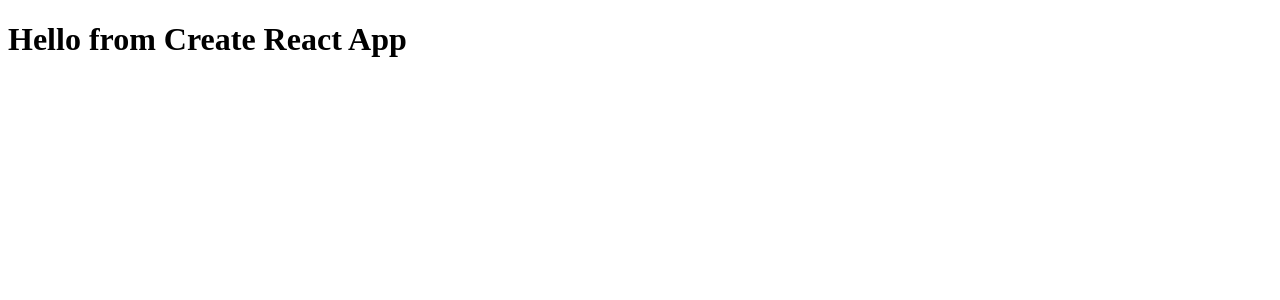
Repository: kennedyowusu/react-todo-app
Page: /
These files come from the project's save history. The page is drawn as it stood at one moment and after the next save; the edit follows.
The browser window is 1280 px wide. The pictures show the whole page.
The project was rebuilt for these pictures with package versions that can differ from the ones it lists, and the page was loaded fresh each time.

Above is the page before, as saved 2023-01-16 10:21:14.

After the next save:
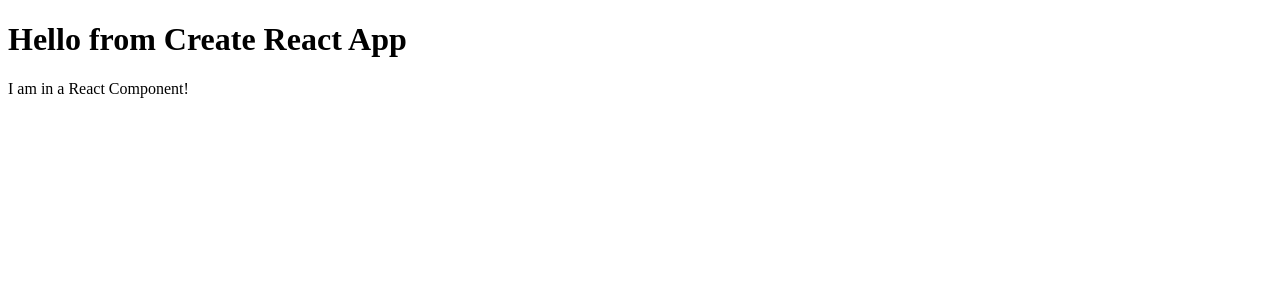
Saved 16 s later.
--- a/src/index.js
+++ b/src/index.js
@@ -1,6 +1,5 @@
 import React from 'react'
 import ReactDOM from 'react-dom'
-
-const element = <h1>Hello from Create React App</h1>
-
-ReactDOM.render(element, document.getElementById('root'))
+//component file
+import TodoContainer from './components/TodoContainer'
+ReactDOM.render(<TodoContainer />, document.getElementById('root'))
